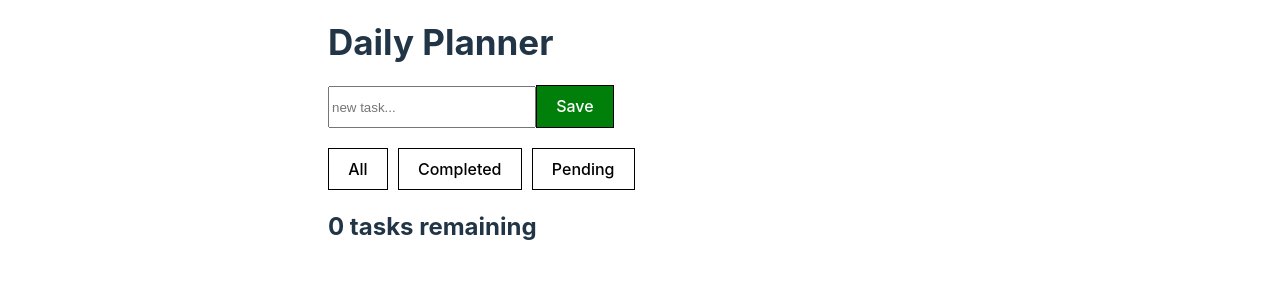
Repository: leslie179/labfour
Page: / (app in labfour/)
An editor plug-in stored every save of this project. The page is shown before and after the next save, followed by the edit.
The browser window is 1280 px wide. The pictures show the whole page.
The project was rebuilt for these pictures with package versions that can differ from the ones it lists, and the page was loaded fresh each time. Also part of the build but not shown: labfour/vite.config.js, labfour/src/components/Task.jsx.

Above is the page before, as saved 2024-10-27 19:45:49.

### labfour/src/index.css
:root {
  font-family: Inter, system-ui, Avenir, Helvetica, Arial, sans-serif;
  line-height: 1.5;
  font-weight: 400;

  color-scheme: light dark;
  color: rgba(255, 255, 255, 0.87);
  background-color: #242424;

  font-synthesis: none;
  text-rendering: optimizeLegibility;
  -webkit-font-smoothing: antialiased;
  -moz-osx-font-smoothing: grayscale;
}

a {
  font-weight: 500;
  color: #646cff;
  text-decoration: inherit;
}
a:hover {
  color: #535bf2;
}

.task-checkbox{
  margin-right: 10px;
}
h1 {
  font-size: 3.2em;
  line-height: 1.1;
}

button {
  border-radius: 8px;
  border: 1px solid transparent;
  padding: 0.6em 1.2em;
  font-size: 1em;
  font-weight: 500;
  font-family: inherit;
  background-color: #1a1a1a;
  cursor: pointer;
  transition: border-color 0.25s;
}
button:hover {
  border-color: #646cff;
}
button:focus,
button:focus-visible {
  outline: 4px auto -webkit-focus-ring-color;
}

@media (prefers-color-scheme: light) {
  :root {
    color: #213547;
    background-color: #ffffff;
  }
  a:hover {
    color: #747bff;
  }
  button {
    background-color: #f9f9f9;
  }
}

### labfour/src/App.jsx
import { useState } from 'react';
import './App.css';
import Task from './components/Task';
import TaskForm from './components/TaskForm';

function App() {
  const [tasks, setTasks] = useState([]);
  const [filter, setFilter] = useState("All");

  const remainingTasks = tasks.filter(task => !task.completed).length;

  return (
    <div>
      <h1>Daily Planner</h1>
      <TaskForm setTasks={setTasks} />

      <button className="filter-button" onClick={() => setFilter("All")}>All</button>
      <button className="filter-button" onClick={() => setFilter("Completed")}>Completed</button>
      <button className="filter-button" onClick={() => setFilter("Pending")}>Pending</button>

      <h2>{remainingTasks} task{remainingTasks !== 1 ? 's' : ''} remaining</h2>

      <ul>
        {tasks.filter((task) => {
          if (filter === "All") return true;
          if (filter === "Completed") return task.completed;
          return !task.completed;
        }).map((task, i) => (
          <Task key={i} task={task} setTasks={setTasks} index={i} />
        ))}
      </ul>
    </div>
  );
}

export default App;

### labfour/src/App.css
#root {
  max-width: 1280px;
  text-align: left;
  padding-left: 20rem;
}

h1{
  font-size: 35px;
}

.filter-button{
  border: 1px solid black;
  background-color: white;
  margin-right: 10px;
  margin-top: 20px;
  border-radius: 0px;
}

.save{
  background-color: #00800a;
  border-radius: 0px;
  border: 1px solid black;
  padding-top:2mm;
  height:43px;
  color: white;

}

.task-checkbox{
  margin-right: 20px;
}
.task-item{
  padding-top: 20px;
}

.completed {
  text-decoration: line-through;
  color: black;
}

.task-button{
  position: absolute;
  border-radius: 0px;
  border: 1px solid black;
  background-color: white;
}
.task-font{
  font-weight: bold;
  font-size: 20px;
  margin-right: 80px;
}

.h2{
  font-weight: bold;
  font-size: 30px;
}
.input{
width:200px;
height:36px;
}

.read-the-docs {
  color: #888;
}

### labfour/src/components/TaskForm.jsx
import { useState } from "react";

function TaskForm({ setTasks }) {
    const [currentTask, setCurrentTask] = useState(""); // Initialize with an empty string

    const save = () => {
        if (currentTask.trim() === "") return; // Prevent adding empty tasks
        setTasks((currentTasks) => {
            const tmpTasks = [...currentTasks]; // deep copy
            tmpTasks.push({ task: currentTask, completed: false });
            return tmpTasks;
        });
        setCurrentTask(""); // Reset input field after saving
    };

    return (
      <div>
        <input
          className="input"
          type="text"
          onChange={(e) => setCurrentTask(e.target.value)}
          value={currentTask}
          placeholder="new task..."
        />
        <button className="save" onClick={save}>Save</button>
      </div>
    );
}

export default TaskForm;

Loaded but not shown: labfour/index.html (common file); labfour/src/main.jsx (common file)

After the next save:
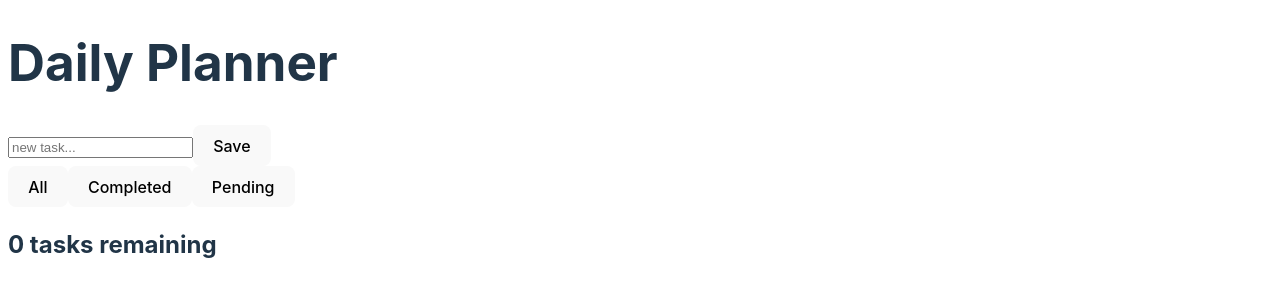
Saved 9 s later.
--- a/labfour/src/App.css
+++ b/labfour/src/App.css
@@ -1,64 +1,36 @@
-#root {
-  max-width: 1280px;
-  text-align: left;
-  padding-left: 20rem;
+.task-item {
+  display: flex;
+  align-items: center;
+  margin-bottom: 10px;
 }
 
-h1{
-  font-size: 35px;
+.task-checkbox {
+  margin-right: 10px;
 }
 
-.filter-button{
-  border: 1px solid black;
-  background-color: white;
-  margin-right: 10px;
-  margin-top: 20px;
-  border-radius: 0px;
-}
-
-.save{
-  background-color: #00800a;
-  border-radius: 0px;
-  border: 1px solid black;
-  padding-top:2mm;
-  height:43px;
-  color: white;
-
-}
-
-.task-checkbox{
-  margin-right: 20px;
-}
-.task-item{
-  padding-top: 20px;
+.task-font {
+  font-size: 18px;
+  font-weight: bold;
+  color: #333;
+  flex-grow: 1;
+  min-width: 150px;
+  max-width: 300px;
+  overflow: hidden;
+  text-overflow: ellipsis;
+  white-space: nowrap;
 }
 
 .completed {
   text-decoration: line-through;
-  color: black;
+  color: #999;
 }
 
-.task-button{
-  position: absolute;
-  border-radius: 0px;
-  border: 1px solid black;
-  background-color: white;
+.task-button {
+  margin-left: 10px;
+  padding: 5px 10px;
+  background-color: red;
+  color: white;
+  border: none;
+  border-radius: 5px;
+  cursor: pointer;
 }
-.task-font{
-  font-weight: bold;
-  font-size: 20px;
-  margin-right: 80px;
-}
-
-.h2{
-  font-weight: bold;
-  font-size: 30px;
-}
-.input{
-width:200px;
-height:36px;
-}
-
-.read-the-docs {
-  color: #888;
-}
